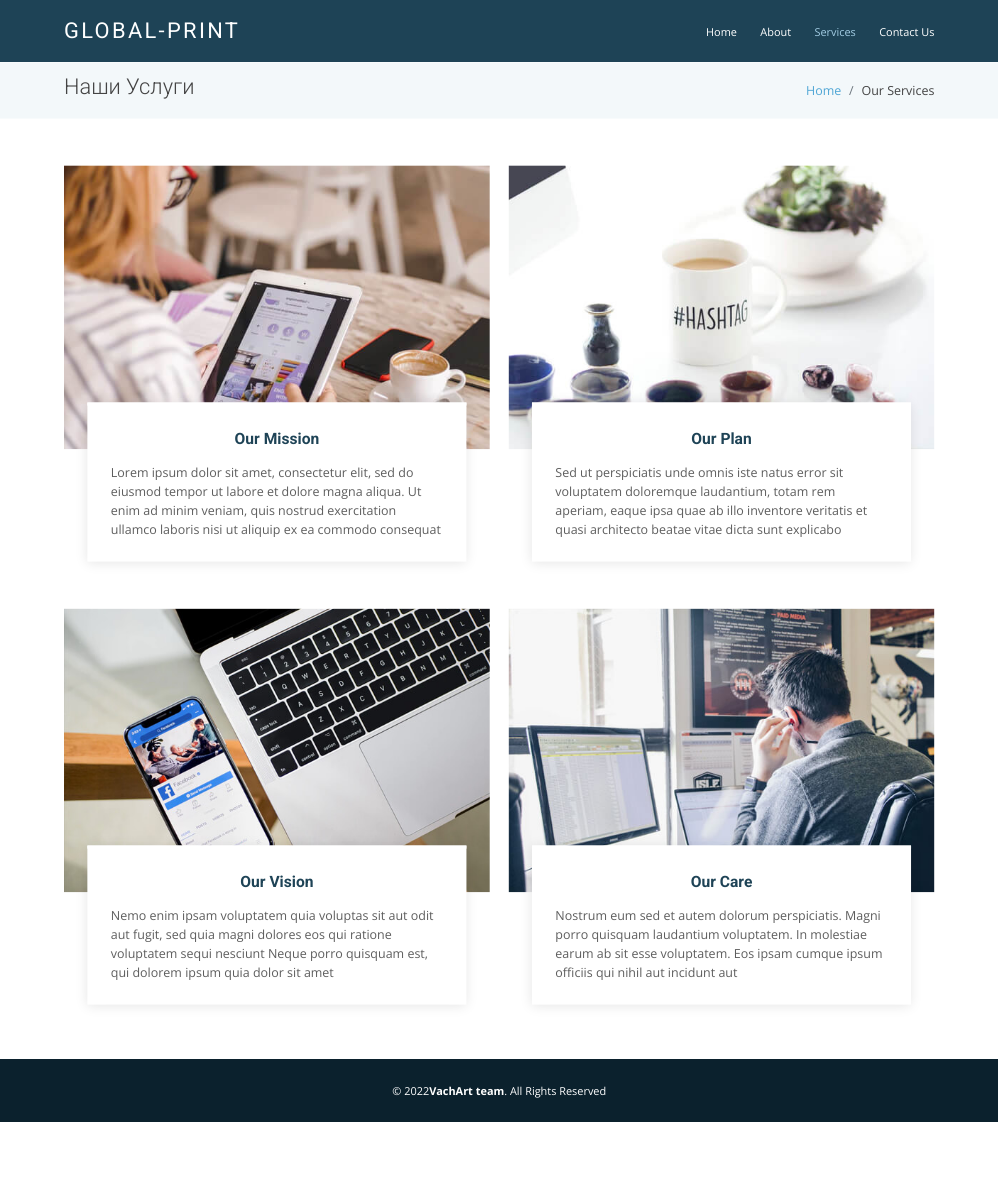
Repository: VachArt/Global-print
Page: services.html
These files come from the project's save history. The page is drawn as it stood at one moment and after the next save; the edit follows.
The browser window is 1280 px wide. The pictures show the whole page, at 78% of full size.

Above is the page before, as saved 2022-06-13 23:01:42.

After the next save:
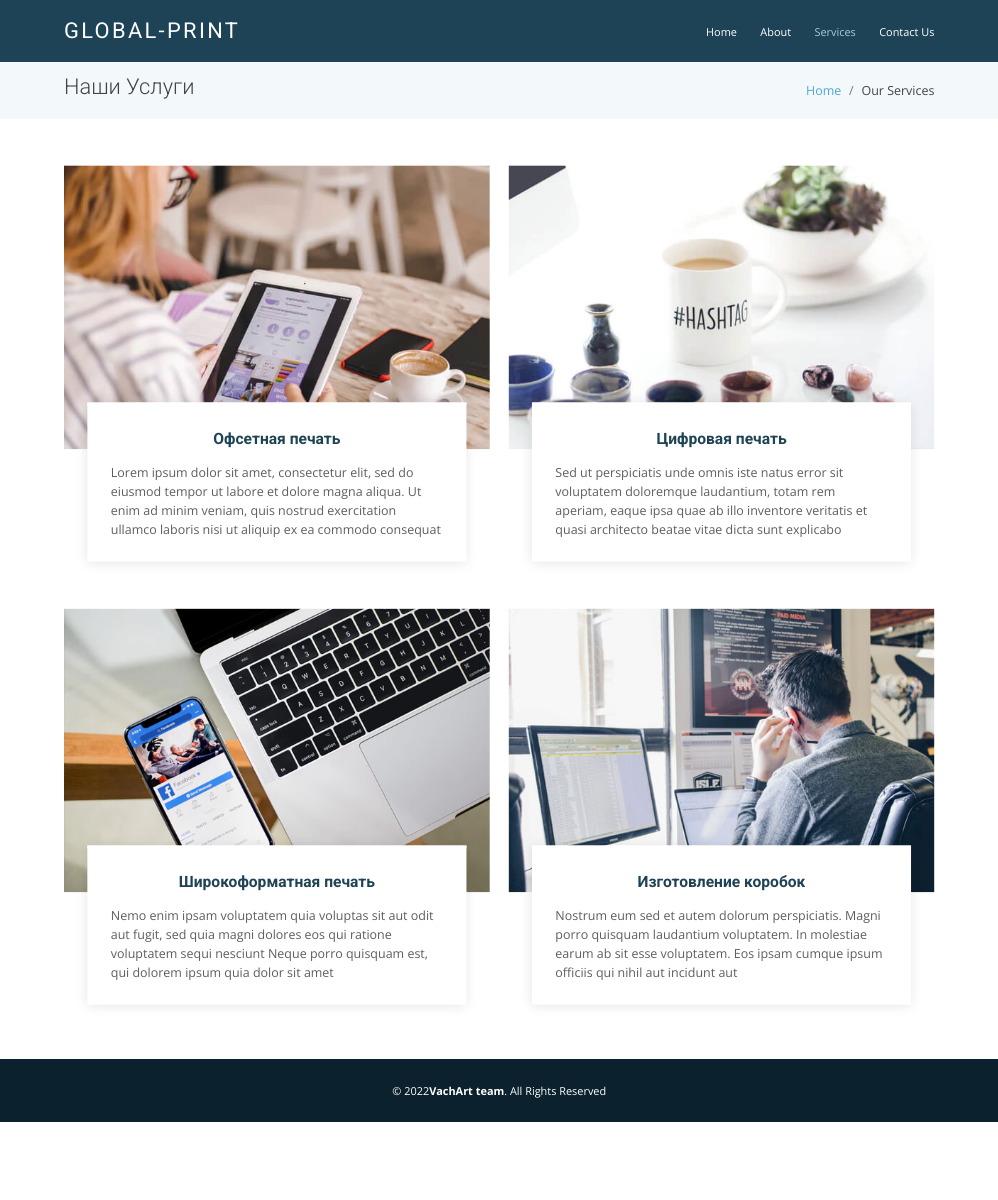
Saved 6 min 8 s later.
--- a/services.html
+++ b/services.html
@@ -82,7 +82,7 @@
                 <img src="assets/img/service-details-1.jpg" alt="...">
               </div>
               <div class="card-body">
-                <h5 class="card-title"><a href="#">Our Mission</a></h5>
+                <h5 class="card-title"><a href="#">Офсетная печать</a></h5>
                 <p class="card-text">Lorem ipsum dolor sit amet, consectetur elit, sed do eiusmod tempor ut labore et dolore magna aliqua. Ut enim ad minim veniam, quis nostrud exercitation ullamco laboris nisi ut aliquip ex ea commodo consequat</p>
               </div>
             </div>
@@ -93,7 +93,7 @@
                 <img src="assets/img/service-details-2.jpg" alt="...">
               </div>
               <div class="card-body">
-                <h5 class="card-title"><a href="#">Our Plan</a></h5>
+                <h5 class="card-title"><a href="#">Цифровая печать</a></h5>
                 <p class="card-text">Sed ut perspiciatis unde omnis iste natus error sit voluptatem doloremque laudantium, totam rem aperiam, eaque ipsa quae ab illo inventore veritatis et quasi architecto beatae vitae dicta sunt explicabo</p>
               </div>
             </div>
@@ -105,7 +105,7 @@
                 <img src="assets/img/service-details-3.jpg" alt="...">
               </div>
               <div class="card-body">
-                <h5 class="card-title"><a href="#">Our Vision</a></h5>
+                <h5 class="card-title"><a href="#">Широкоформатная печать</a></h5>
                 <p class="card-text">Nemo enim ipsam voluptatem quia voluptas sit aut odit aut fugit, sed quia magni dolores eos qui ratione voluptatem sequi nesciunt Neque porro quisquam est, qui dolorem ipsum quia dolor sit amet</p>
               </div>
             </div>
@@ -116,7 +116,7 @@
                 <img src="assets/img/service-details-4.jpg" alt="...">
               </div>
               <div class="card-body">
-                <h5 class="card-title"><a href="#">Our Care</a></h5>
+                <h5 class="card-title"><a href="#">Изготовление коробок</a></h5>
                 <p class="card-text">Nostrum eum sed et autem dolorum perspiciatis. Magni porro quisquam laudantium voluptatem. In molestiae earum ab sit esse voluptatem. Eos ipsam cumque ipsum officiis qui nihil aut incidunt aut</p>
               </div>
             </div>
